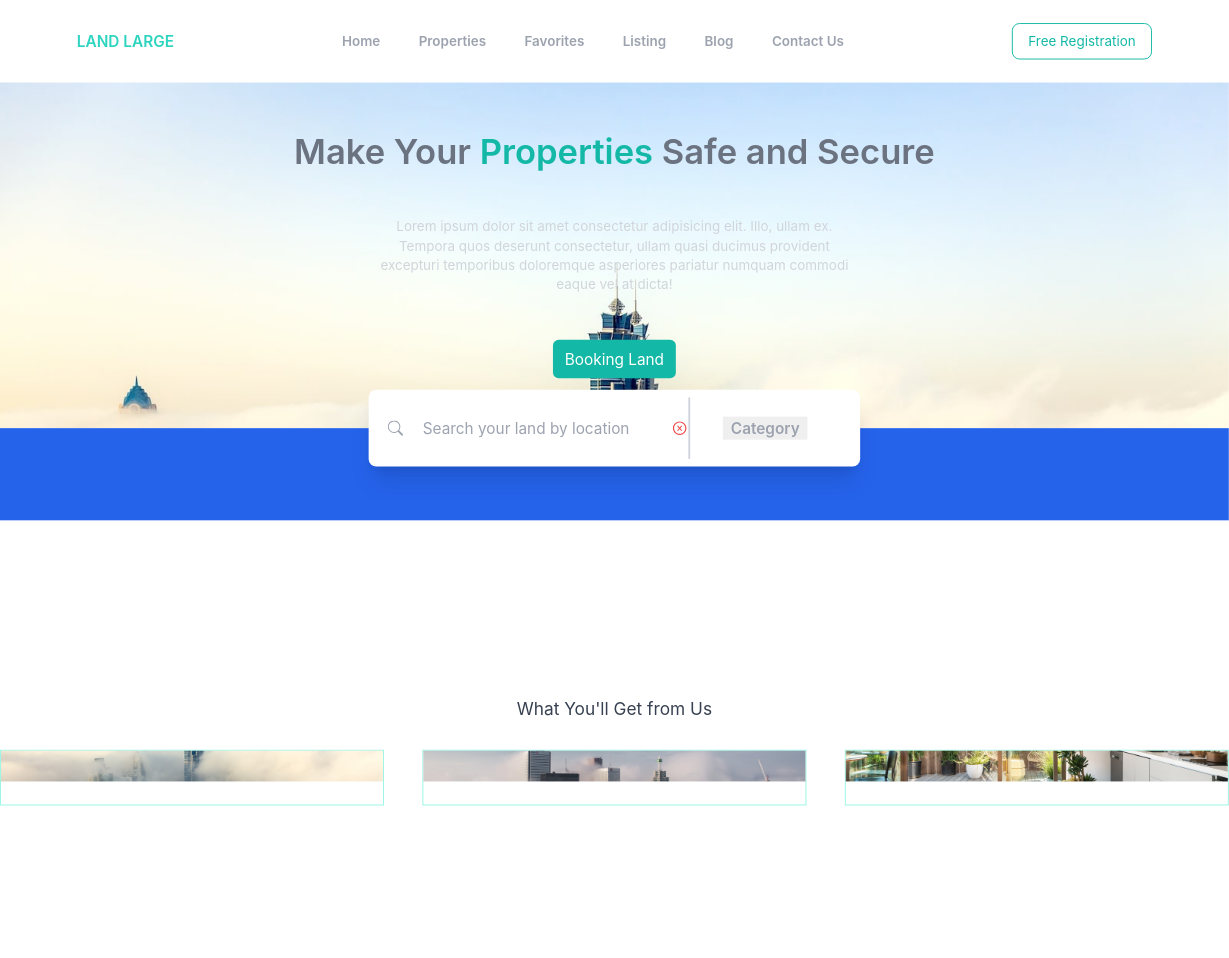
Repository: MuniruIssah/realestate
Page: /
These files come from the project's save history. The page is drawn as it stood at one moment and after a run of saves; the edit follows.
The browser window is 1280 px wide. The pictures show the whole page, at 96% of full size.
The project was rebuilt for these pictures with package versions that can differ from the ones it lists, and the page was loaded fresh each time. Also part of the build but not shown: src/App.css.

Above is the page before, as saved 2022-02-19 23:17:51.

### src/App.js
import logo from "./logo.svg";
import "./App.css";
import Header from "./components/Header";
import Jumbotron from "./components/Jumbotron";
import Search from "./components/Search";
import Services from "./components/Services";

function App() {
  return (
    <div className="h-screen">
      <Header />
      <Jumbotron />
      <Search />
      <Services />
    </div>
  );
}

export default App;

### src/components/Header.js
import React from "react";
const links = [
  "Home",
  "Properties",
  "Favorites",
  "Listing",
  "Blog",
  "Contact Us",
];
const Header = () => {
  return (
    <div className="flex justify-between items-center px-3 lg:px-20 py-6">
      <span className="uppercase text-teal-400  font-semibold">land large</span>
      <div className="hidden lg:flex space-x-10 items-center">
        {links.map((link, index) => (
          <LinkItem key={index} name={link} />
        ))}
      </div>
      <button className="text-teal-500 border border-teal-500 rounded rounded-lg py-2 px-4 text-sm">
          Free Registration
      </button>
    </div>
  );
};

export default Header;

const LinkItem = ({ name }) => {
  return (
    <a href="#" className="text-gray-400 hover:text-teal-500 font-semibold text-sm">
      {name}
    </a>
  );
};

### src/components/Jumbotron.js
import React from "react";
import building from "../assets/building_cloud.jpg";
const Jumbotron = () => {
  return (
    <div
      style={{ backgroundImage: `url(${building})` }}
      className="h-3/6 flex flex-col justify-center items-center space-y-12 w-full  bg-no-repeat bg-cover"
    >
      <span className="lg:text-4xl text-gray-500 text-center font-semibold">
        Make Your <span className="text-teal-500">Properties</span> Safe and
        Secure
      </span>
      <p className="text-gray-300 text-sm text-center max-w-lg">
        Lorem ipsum dolor sit amet consectetur adipisicing elit. Illo, ullam ex.
        Tempora quos deserunt consectetur, ullam quasi ducimus provident
        excepturi temporibus doloremque asperiores pariatur numquam commodi
        eaque vel at dicta!
      </p>
      <button className="text-white bg-teal-500 py-2 px-3 rounded rounded-md">
          Booking Land
      </button>
    </div>
  );
};

export default Jumbotron;

### src/components/Search.js
import React from "react";
import { BsSearch } from "react-icons/bs";
import { AiOutlineCloseCircle } from "react-icons/ai";
const Search = () => {
  return (
    <div className="hidden lg:block  h-24 relative w-full bg-blue-600 mb-6">
      <div className="absolute h-20 w-full  -top-10">
        <div className="flex shadow shadow-xl h-full w-2/5 rounded rounded-lg bg-white mx-auto px-5 py-2">
          <div className="basis-2/3 flex items-center justify-center border-r-2 border-gray-300 space-x-5 ">
            <BsSearch className="text-gray-400" />
            <input
              type="text"
              className="w-60 outline-none text-gray-400"
              placeholder="Search your land by location"
            />
            <AiOutlineCloseCircle className="text-red-500" />
          </div>
          <div className="flex justify-center items-center basis-1/3">
            <select
              name="category"
              className="text-gray-400 outline-none px-2 font-semibold appearance-none"
              id=""
            >
              <option>Category</option>
            </select>
          </div>
        </div>
      </div>
    </div>
  );
};

export default Search;

### src/components/Services.js
import React from "react";
import interior from "../assets/interior.jpg";
import R from "../assets/R.png";
import building_cloud from "../assets/building_cloud.jpg";

const servicesList = [
  {
    image: building_cloud,
    service: "Beautiful Interiors",
  },
  {
    image: R,
    service: "Huge Parking Lot",
  },
  {
    image: interior,
    service: "Relaxing Places",
  },
];
const Services = () => {
  return (
    <div className="h-3/5 w-full flex flex-col justify-center items-center space-y-7 ">
      <h2 className="text-gray-700 text-lg">What You'll Get from Us</h2>
      <div className="md:flex md:space-x-10 justify-center items-center w-full">
        {servicesList.map((service, index) => (
          <ServicesCard key={index} {...service} />
        ))}
      </div>
    </div>
  );
};

export default Services;

const ServicesCard = ({ image, name }) => {
  return (
    <div className="group flex-1  border border-teal-200 hover:bg-teal-500 hover:ring-teal-500">
      <img src={image} alt="service" className="w-full h-8 object-cover" />
      <span className="my-2 px-2 text-gray-600 group-hover:text-white">
        {name}
      </span>
      <button className="py-2 px-3 bg-white text-teal-500 group-hover:block hidden">
        Know More
      </button>
    </div>
  );
};

Loaded but not shown: public/index.html (common file); src/index.js (common file); src/index.css (common file); src/reportWebVitals.js (common file); tailwind.config.js (common file)

After the next 3 saves:
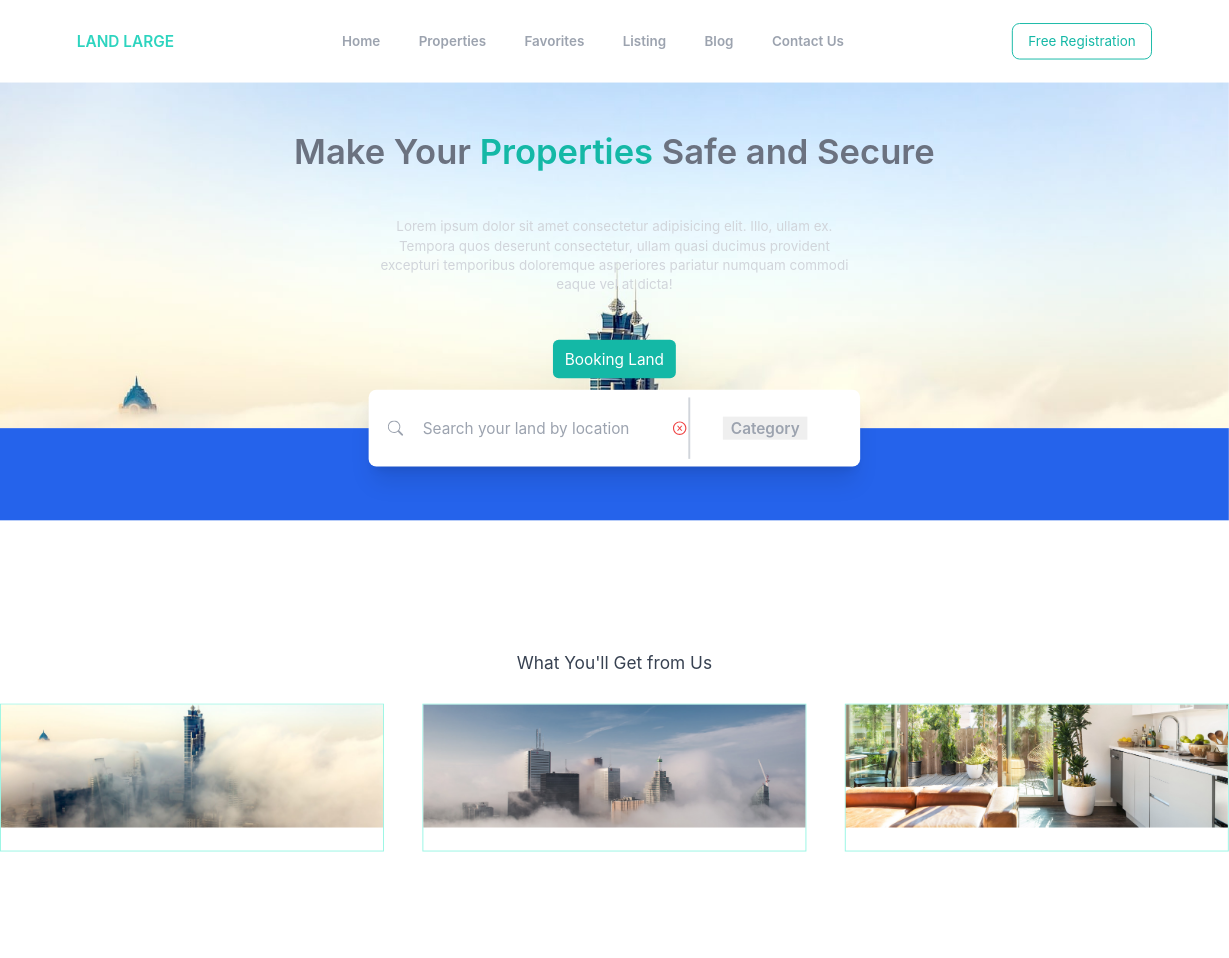
The 3 saves are shown as one change because they came seconds apart.
The last was saved 17 s later.
--- a/src/components/Services.js
+++ b/src/components/Services.js
@@ -35,7 +35,7 @@ export default Services;
 const ServicesCard = ({ image, name }) => {
   return (
     <div className="group flex-1  border border-teal-200 hover:bg-teal-500 hover:ring-teal-500">
-      <img src={image} alt="service" className="w-full h-8 object-cover" />
+      <img src={image} alt="service" className="w-full h-32 object-cover" />
       <span className="my-2 px-2 text-gray-600 group-hover:text-white">
         {name}
       </span>
